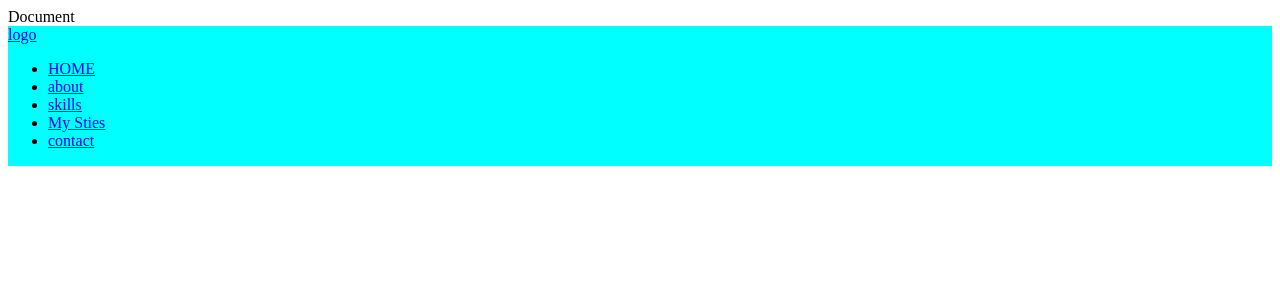
Repository: jun01270/jun
Page: index.html
An editor plug-in stored every save of this project. The page is shown before and after the next save, followed by the edit.
The browser window is 1280 px wide. The pictures show the whole page.

Above is the page before, as saved 2023-05-08 14:33:17.

### index.html
<!DOCTYPE html>
<html lang="en">
<head>
    <meta charset="UTF-8">
    <meta http-equiv="X-UA-Compatible" content="IE=edge">
    <meta name="viewport" content="width=device-width, initial-scale=1.0">
    <link rel="stylesheet" type="text/css" href="main.css"
    <title>Document</title>
</head>
<body>
    <nav class="navbar">
        <div class="max-width">
            <div class="logo"><a href="#home">logo</a></div>
            <ul>
                <li><a href="#home" class="menu-btn" id="homeID">HOME</a></li>
                <li><a href="#about" class="menu-btn" id="homeID">about</a></li>
                <li><a href="#skills" class="menu-btn">skills</a></li>
                <li><a href="#my-sites" class="menu-btn">My Sties</a></li>
                <li><a href="#contact" class="menu-btn">contact</a></li>
            </ul>
        </div>
    </nav>
</body>
</html>

### main.css
/* *{
    margin: 0;
    padding: 0;
    box-sizing: border-box;
    text-decoration: none;
}

.home .about .skills .contact{
    padding-top: 86px;
}

html{
    scroll-behavior: smooth;
}

.max-width{
    max-width: 1300px;
    padding: 0 20px;
    margin: auto;
} */

.navbar{
    display: flex;
    align-items: center;
    background-color: aqua;
    justify-content: space-between;
}

After the next save:
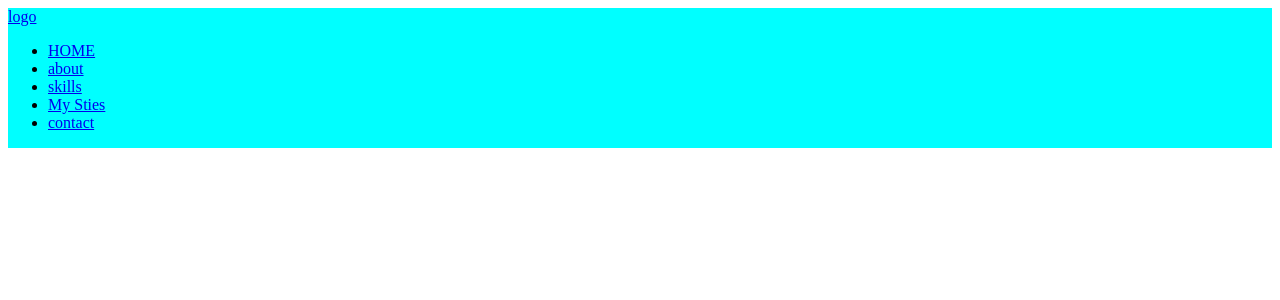
Saved 28 s later.
--- a/index.html
+++ b/index.html
@@ -4,7 +4,7 @@
     <meta charset="UTF-8">
     <meta http-equiv="X-UA-Compatible" content="IE=edge">
     <meta name="viewport" content="width=device-width, initial-scale=1.0">
-    <link rel="stylesheet" type="text/css" href="main.css"
+    <link rel="stylesheet" type="text/css" href="main.css">
     <title>Document</title>
 </head>
 <body>
